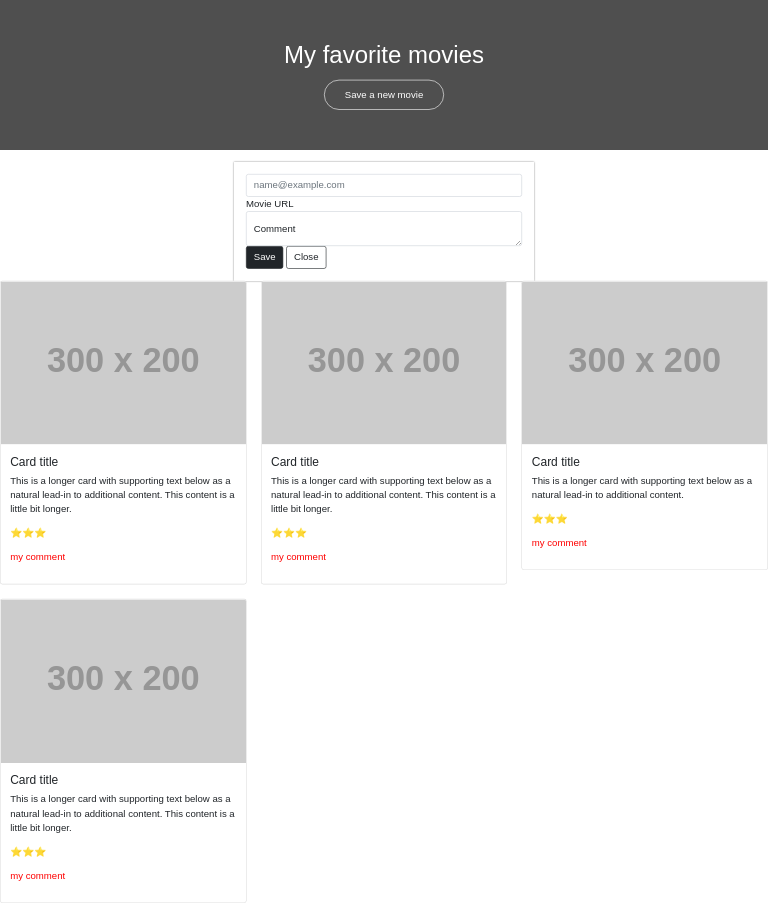
Repository: sinayaka-body/sparta
Page: frontend/bootstrap.html
The author's editor kept a copy of each file at every save. The page is drawn from the files as they stood at one save, then again after the next save.
The browser window is 1280 px wide. The page is 1292 px wide, so the pictures cover 1292 px, including what lies to the right of the window. The pictures show the whole page, at 60% of full size.
Pictures or frames that could not be fetched are drawn as grey boxes. Some web fonts or font styles are not loaded; a fallback is used.

Above is the page before, as saved 2023-04-15 16:44:46.

### frontend/bootstrap.html
<!DOCTYPE html>
<html lang="en">
  <head>
    <meta charset="utf-8" />
    <meta name="viewport" content="width=device-width, initial-scale=1, shrink-to-fit=no" />

    <link href="https://cdn.jsdelivr.net/npm/bootstrap@5.0.2/dist/css/bootstrap.min.css" rel="stylesheet" integrity="sha384-EVSTQN3/azprG1Anm3QDgpJLIm9Nao0Yz1ztcQTwFspd3yD65VohhpuuCOmLASjC" crossorigin="anonymous" />
    <script src="https://ajax.googleapis.com/ajax/libs/jquery/3.5.1/jquery.min.js"></script>
    <script src="https://cdn.jsdelivr.net/npm/bootstrap@5.0.2/dist/js/bootstrap.bundle.min.js" integrity="sha384-MrcW6ZMFYlzcLA8Nl+NtUVF0sA7MsXsP1UyJoMp4YLEuNSfAP+JcXn/tWtIaxVXM" crossorigin="anonymous"></script>

    <title>Spartapedia</title>

    <style>
      @import url("https://fonts.googleapis.com/css2?family=Gowun+Dodum&display=swap");

      * {
        font-family: "Hahmlet", sans-serif;
      }

      .mytitle {
        width: 100%;
        height: 250px;

        background-image: linear-gradient(0deg, rgba(0, 0, 0, 0.5), rgba(0, 0, 0, 0.5)), url("https://movie-phinf.pstatic.net/20210715_95/1626338192428gTnJl_JPEG/movie_image.jpg");
        background-position: center;
        background-size: cover;

        color: white;

        display: flex;
        flex-direction: column;
        align-items: center;
        justify-content: center;
      }

      .mytitle > button {
        width: 200px;
        height: 50px;

        background-color: transparent;
        color: white;

        border-radius: 50px;
        border: 1px solid white;

        margin-top: 10px;
      }

      .mytitle > button:hover {
        border: 2px solid white;
      }

      .mypost {
        width: 95%;
        max-width: 500px;
        margin: 20px auto 0px auto;
        padding: 20px;
        box-shadow: 0px 0px 3px 0px gray;
      }

      .mybtn {
        display: flex;
        flex-direction: row;
        align-items: center;
        justify-content: center;
      }
    </style>
  </head>

  <body>
    <div class="mytitle">
      <h1>My favorite movies</h1>
      <button>Save a new movie</button>
    </div>

    <div class="mypost">
      <div class="review_post_url">
        <input type="email" class="form-control" id="floatingInput" placeholder="name@example.com" />
        <label for="floatingInput">Movie URL</label>
      </div>
      <div class="form-floating">
        <textarea class="form-control" placeholder="Leave a comment here" name="" id="" cols="30" rows="10"></textarea>
        <label for="floatingTextarea2">Comment</label>
      </div>
      <div class="mybtns">
        <button type="button" class="btn btn-dark">Save</button>
        <button type="button" class="btn btn-outline-dark">Close</button>
      </div>
    </div>

    <div class="row row-cols-1 row-cols-md-3 g-4">
      <div class="col">
        <div class="card">
          <img src="https://placehold.jp/300x200.png" class="card-img-top" alt="..." />
          <div class="card-body">
            <h5 class="card-title">Card title</h5>
            <p class="card-text">This is a longer card with supporting text below as a natural lead-in to additional content. This content is a little bit longer.</p>
            <p>⭐⭐⭐</p>
            <p style="color: red">my comment</p>
          </div>
        </div>
      </div>
      <div class="col">
        <div class="card">
          <img src="https://placehold.jp/300x200.png" class="card-img-top" alt="..." />
          <div class="card-body">
            <h5 class="card-title">Card title</h5>
            <p class="card-text">This is a longer card with supporting text below as a natural lead-in to additional content. This content is a little bit longer.</p>
            <p>⭐⭐⭐</p>
            <p style="color: red">my comment</p>
          </div>
        </div>
      </div>
      <div class="col">
        <div class="card">
          <img src="https://placehold.jp/300x200.png" class="card-img-top" alt="..." />
          <div class="card-body">
            <h5 class="card-title">Card title</h5>
            <p class="card-text">This is a longer card with supporting text below as a natural lead-in to additional content.</p>
            <p>⭐⭐⭐</p>
            <p style="color: red">my comment</p>
          </div>
        </div>
      </div>
      <div class="col">
        <div class="card">
          <img src="https://placehold.jp/300x200.png" class="card-img-top" alt="..." />
          <div class="card-body">
            <h5 class="card-title">Card title</h5>
            <p class="card-text">This is a longer card with supporting text below as a natural lead-in to additional content. This content is a little bit longer.</p>
            <p>⭐⭐⭐</p>
            <p style="color: red">my comment</p>
          </div>
        </div>
      </div>
    </div>
  </body>
</html>

After the next save:
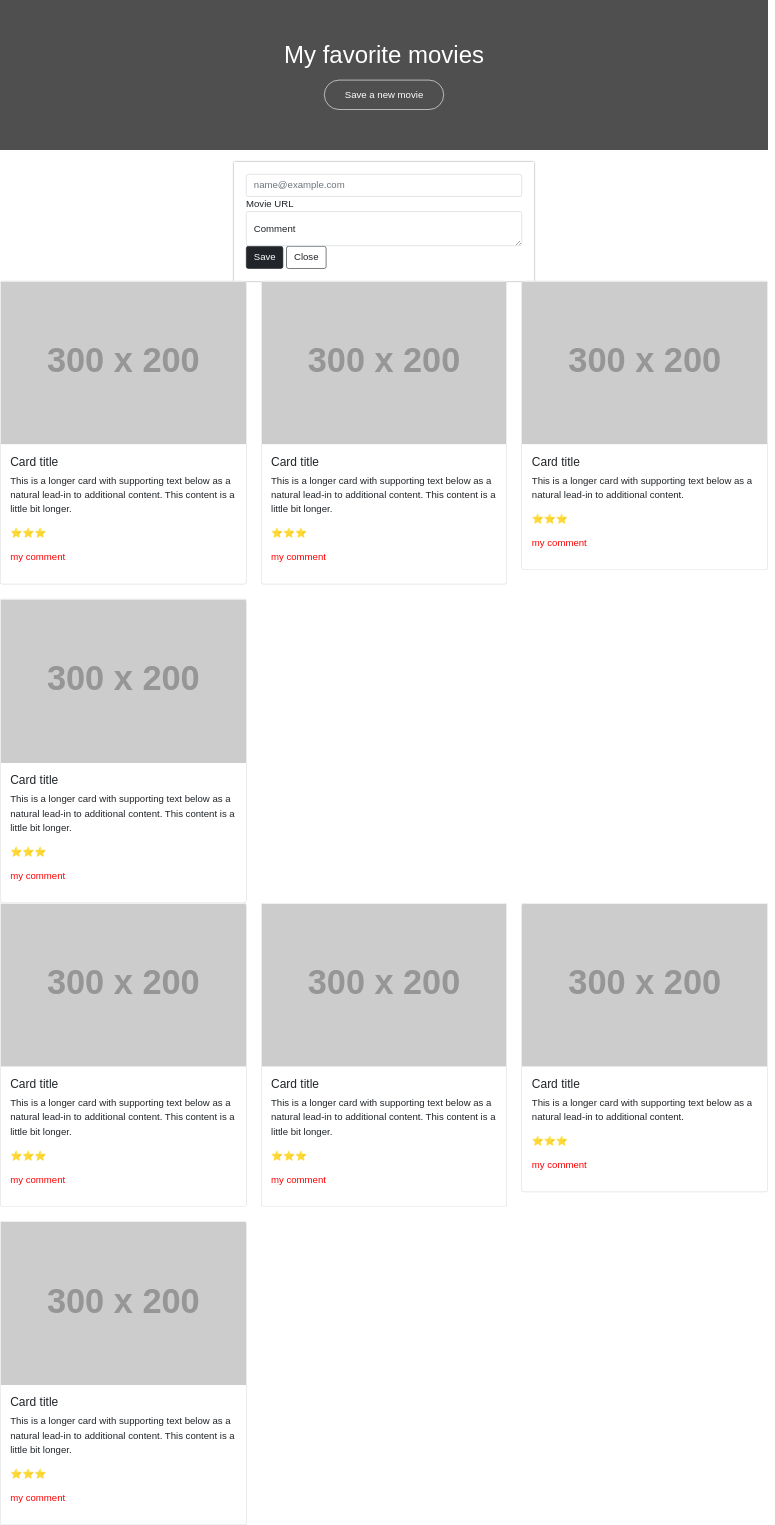
Saved 33 s later.
--- a/frontend/bootstrap.html
+++ b/frontend/bootstrap.html
@@ -134,5 +134,51 @@
         </div>
       </div>
     </div>
+    <div class="row row-cols-1 row-cols-md-3 g-4">
+      <div class="col">
+        <div class="card">
+          <img src="https://placehold.jp/300x200.png" class="card-img-top" alt="..." />
+          <div class="card-body">
+            <h5 class="card-title">Card title</h5>
+            <p class="card-text">This is a longer card with supporting text below as a natural lead-in to additional content. This content is a little bit longer.</p>
+            <p>⭐⭐⭐</p>
+            <p style="color: red">my comment</p>
+          </div>
+        </div>
+      </div>
+      <div class="col">
+        <div class="card">
+          <img src="https://placehold.jp/300x200.png" class="card-img-top" alt="..." />
+          <div class="card-body">
+            <h5 class="card-title">Card title</h5>
+            <p class="card-text">This is a longer card with supporting text below as a natural lead-in to additional content. This content is a little bit longer.</p>
+            <p>⭐⭐⭐</p>
+            <p style="color: red">my comment</p>
+          </div>
+        </div>
+      </div>
+      <div class="col">
+        <div class="card">
+          <img src="https://placehold.jp/300x200.png" class="card-img-top" alt="..." />
+          <div class="card-body">
+            <h5 class="card-title">Card title</h5>
+            <p class="card-text">This is a longer card with supporting text below as a natural lead-in to additional content.</p>
+            <p>⭐⭐⭐</p>
+            <p style="color: red">my comment</p>
+          </div>
+        </div>
+      </div>
+      <div class="col">
+        <div class="card">
+          <img src="https://placehold.jp/300x200.png" class="card-img-top" alt="..." />
+          <div class="card-body">
+            <h5 class="card-title">Card title</h5>
+            <p class="card-text">This is a longer card with supporting text below as a natural lead-in to additional content. This content is a little bit longer.</p>
+            <p>⭐⭐⭐</p>
+            <p style="color: red">my comment</p>
+          </div>
+        </div>
+      </div>
+    </div>
   </body>
 </html>
